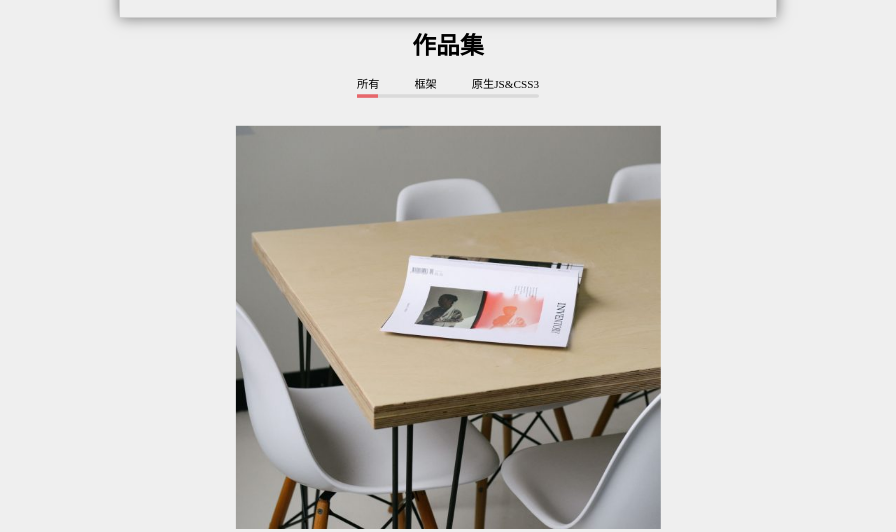
Repository: yorkHan/resume
Page: index.html
An editor plug-in stored every save of this project. The page is shown before and after the next save, followed by the edit.
The browser window is 1280 px wide. The pictures show the part of the page from y = 1204 to 3124 px (the page is 1964 px tall before and 3124 px after), at 70% of full size.

Above is the page before, as saved 2018-04-10 14:00:47.

After the next save:
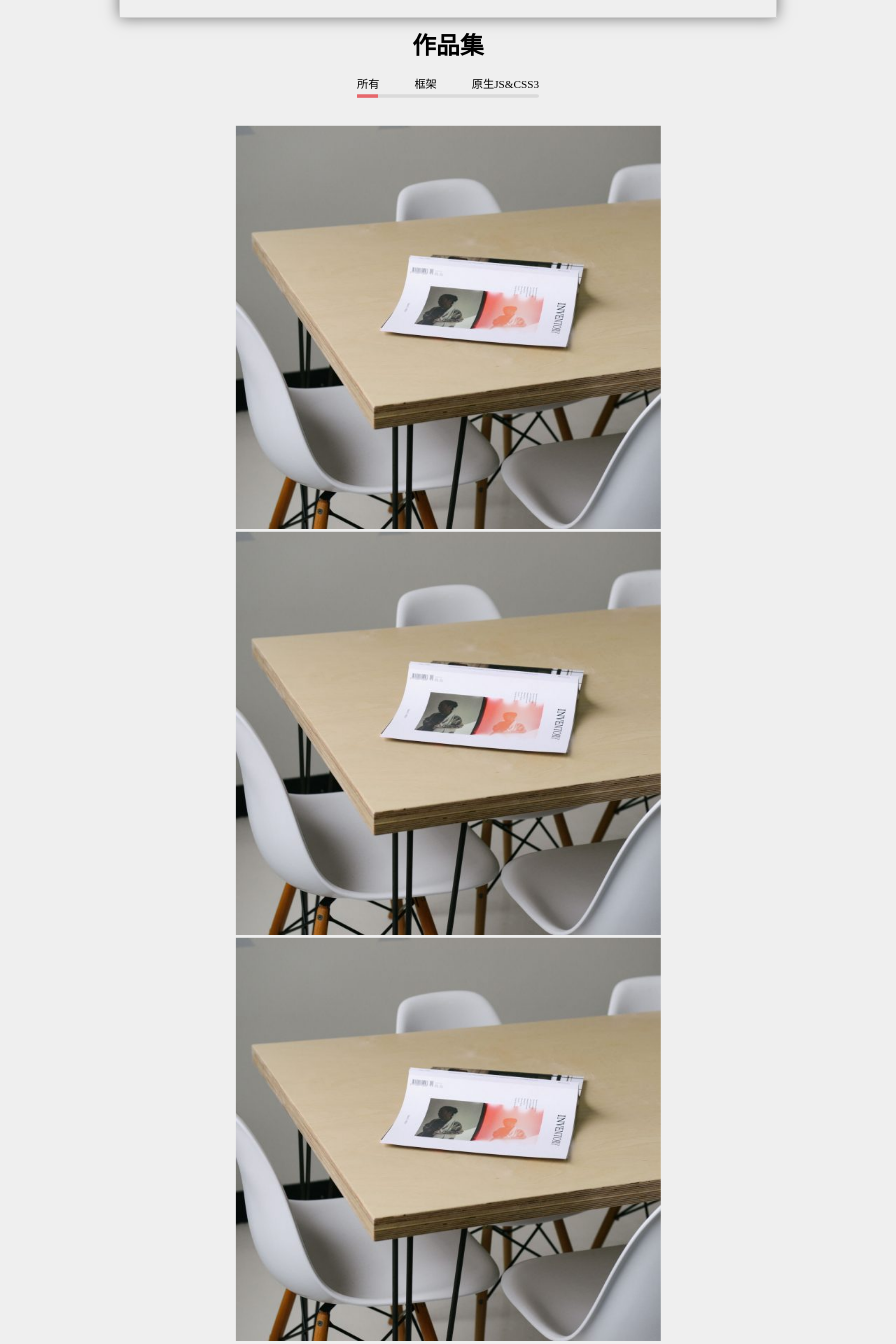
Saved 7 s later.
--- a/index.html
+++ b/index.html
@@ -171,8 +171,8 @@
         </nav>
         <div class="jobs">
             <div class="big"><img src="./images/big.jpg" alt=""></div>
-            <div class='small'></div>
-            <div class="small"></div>
+            <div class='small'><img src="./images/big.jpg" alt=""></div>
+            <div class="small"><img src="./images/big.jpg" alt=""></div>
         </div>
     </section>
     <script>
